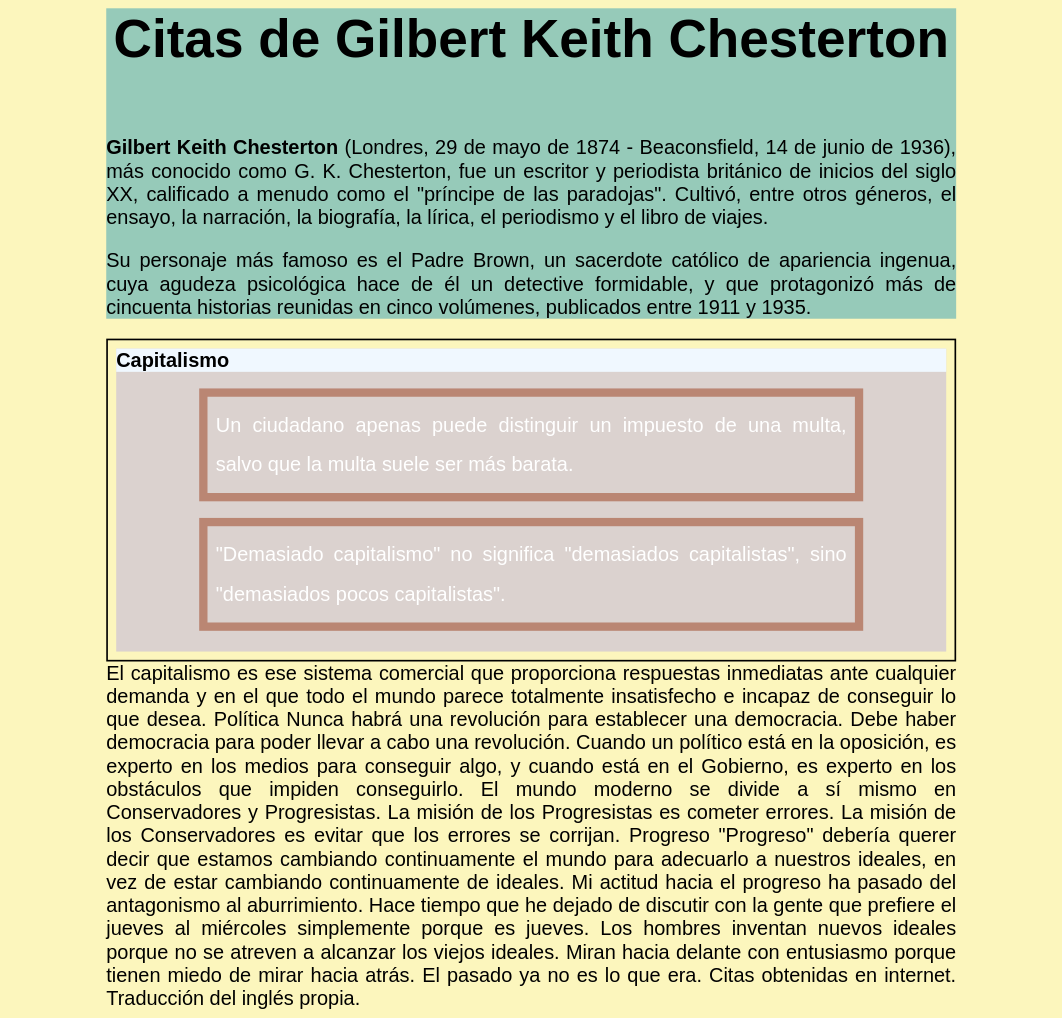
Repository: EmilyMachuca-Developer/Advanced-Programming-Projects
Page: index.html
These files come from the project's save history. The page is drawn as it stood at one moment and after the next save; the edit follows.
The browser window is 1280 px wide. The pictures show the whole page, at 83% of full size.

Above is the page before, as saved 2024-02-26 20:35:34.

### index.html
<html lang="es">
<head>
<meta charset="utf-8">
<link rel="stylesheet" href="Taller 2/css/style.css">
<title>Emily Machuca</title>
</head>

<body>
    <div style="background-color: rgb(150, 202, 185);">
        <h1>Citas de Gilbert Keith Chesterton</h1> <br><br>
        <p><strong>Gilbert Keith Chesterton</strong> (Londres, 29 de mayo de 1874 - Beaconsfield, 14 de junio de 1936), más conocido como G. K. Chesterton, fue un escritor y periodista británico de inicios del siglo XX, calificado a menudo como el "príncipe de las paradojas". Cultivó, entre otros géneros, el ensayo, la narración, la biografía, la lírica, el periodismo y el libro de viajes.</p>
        <p>Su personaje más famoso es el Padre Brown, un sacerdote católico de apariencia ingenua, cuya agudeza psicológica hace de él un detective formidable, y que protagonizó más de cincuenta historias reunidas en cinco volúmenes, publicados entre 1911 y 1935.</p>
    </div>
    <main><section><div style="background-color: aliceblue;"><h7><strong>Capitalismo</strong></h7></div>
        <div><p>Un ciudadano apenas puede distinguir un impuesto de una multa, salvo que la multa suele ser más barata.</p>
            <div><p>"Demasiado capitalismo" no significa "demasiados capitalistas", sino "demasiados pocos capitalistas".</p></div>
        </div></section></main>



El capitalismo es ese sistema comercial que proporciona respuestas inmediatas ante cualquier demanda y en el que todo el mundo parece totalmente insatisfecho e incapaz de conseguir lo que desea.

Política

Nunca habrá una revolución para establecer una democracia. Debe haber democracia para poder llevar a cabo una revolución.

Cuando un político está en la oposición, es experto en los medios para conseguir algo, y cuando está en el Gobierno, es experto en los obstáculos que impiden conseguirlo.

El mundo moderno se divide a sí mismo en Conservadores y Progresistas. La misión de los Progresistas es cometer errores. La misión de los Conservadores es evitar que los errores se corrijan.

Progreso

"Progreso" debería querer decir que estamos cambiando continuamente el mundo para adecuarlo a nuestros ideales, en vez de estar cambiando continuamente de ideales.

Mi actitud hacia el progreso ha pasado del antagonismo al aburrimiento. Hace tiempo que he dejado de discutir con la gente que prefiere el jueves al miércoles simplemente porque es jueves.

Los hombres inventan nuevos ideales porque no se atreven a alcanzar los viejos ideales. Miran hacia delante con entusiasmo porque tienen miedo de mirar hacia atrás.

El pasado ya no es lo que era.

Citas obtenidas en internet. Traducción del inglés propia.
</body>
</html>

### Taller 2/css/style.css
body {
    margin: 10px 10%;
    background-color: fcf6bd;
    font-family: sans-serif;
    font-size: 1.5rem;
    text-align: justify;
  }

  header {
    padding: 0 10px;
    background-color: hwb(0 94% 6% / 0.767);
  }

  h1 {
    margin: 0;
    font-size: 4rem;
    text-align: center;
  }

  main {
    display: block;
    border: rgb(0, 0, 0) 2px solid;
    padding: 10px;

  }

  section {
    padding-bottom: 5px;
    background-color: hwb(17 81% 14%)
  }

  section + section {
    margin-top: 40px;
  }

  h2 {
    margin: 0;
    padding-left: 10px;
    background-color: white;
  }

  section p {
    border: hwb(16 45% 27%)10px solid;
    margin: 20px 10%;
    padding: 10px;
    color: white;
    line-height: 200%;
  }

  footer {
    border-top: black 5px solid;
    margin: 20px 0;
    padding: 0 10px;
    background-color: hwb(15 50% 40%);
    font-size: 1.2rem;
  }

After the next save:
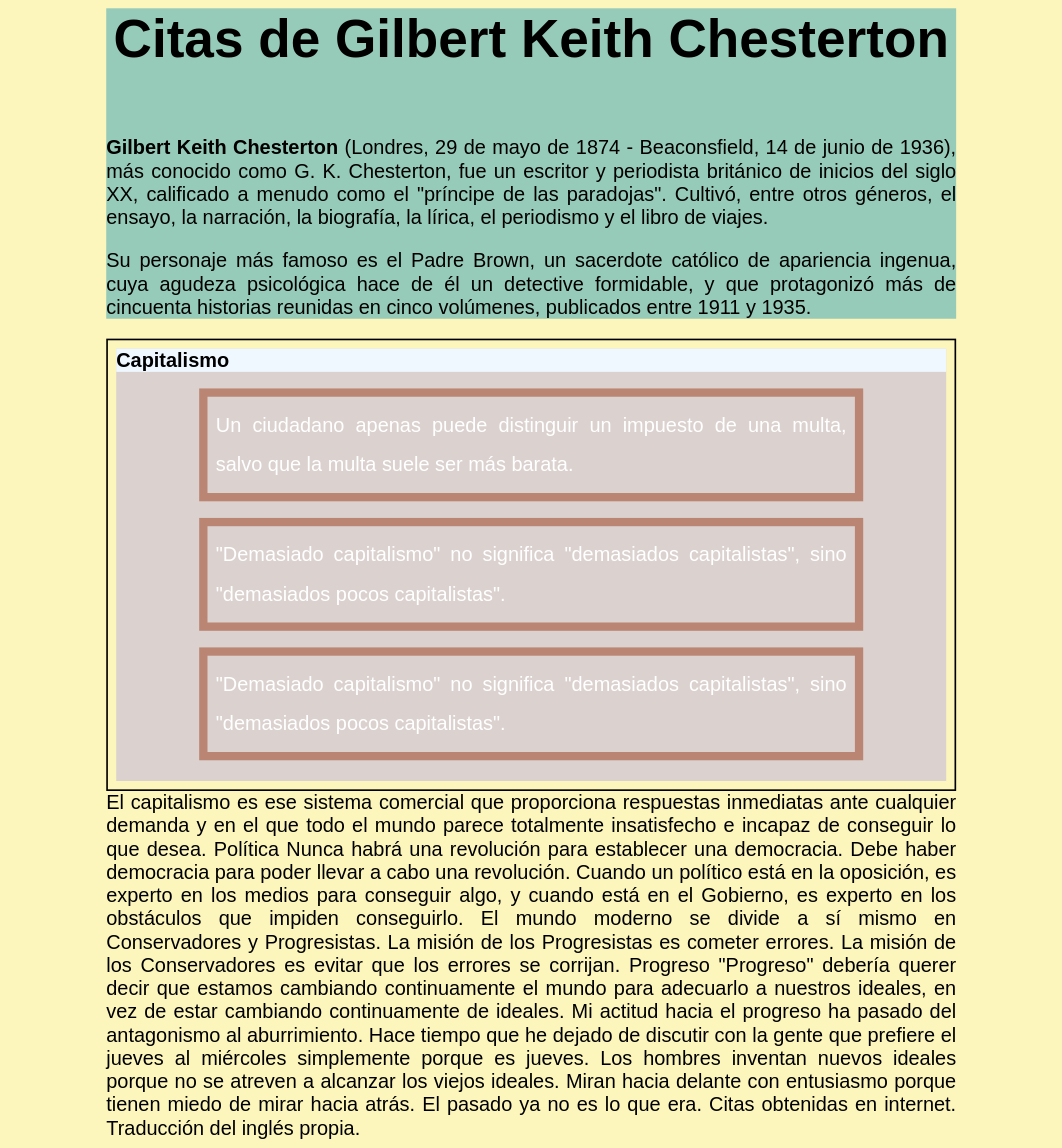
Saved 34 s later.
--- a/index.html
+++ b/index.html
@@ -13,6 +13,7 @@
     </div>
     <main><section><div style="background-color: aliceblue;"><h7><strong>Capitalismo</strong></h7></div>
         <div><p>Un ciudadano apenas puede distinguir un impuesto de una multa, salvo que la multa suele ser más barata.</p>
+            <div><p>"Demasiado capitalismo" no significa "demasiados capitalistas", sino "demasiados pocos capitalistas".</p></div>
             <div><p>"Demasiado capitalismo" no significa "demasiados capitalistas", sino "demasiados pocos capitalistas".</p></div>
         </div></section></main>
 
